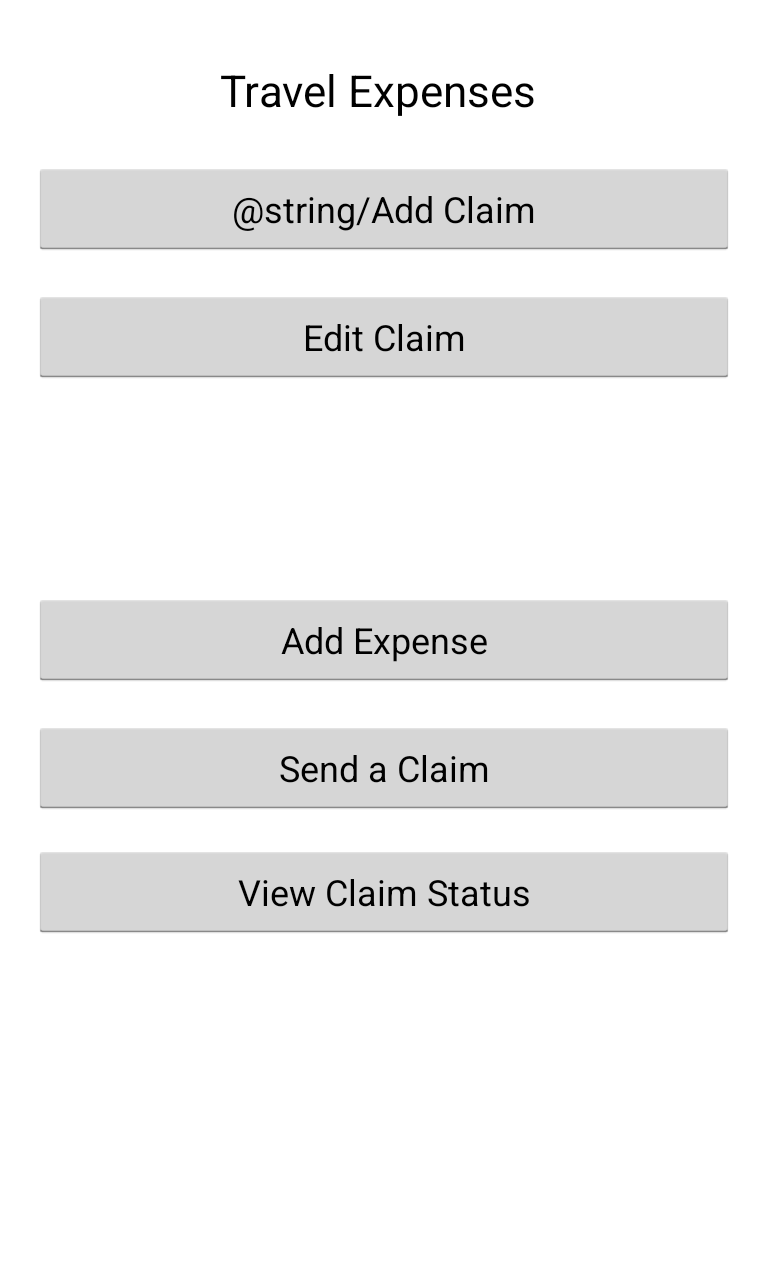
Repository: ReverseOni/Assignment1
Layout: MamesserAssign1/res/layout/activity_main.xml
These files come from the project's save history. The layout is drawn as it stood at one moment and after the next save; the edit follows.
It is drawn on a 768 x 1280 px phone screen (xhdpi) without system bars, with theme AppTheme; the app's code is not run. The app's manifest (not shown) leaves right-to-left support off. So textAlignment, textDirection and layoutDirection are ignored, and left and right values win over start and end ones.

Above is the layout before, as saved 2015-01-29 22:45:21.

### MamesserAssign1/res/layout/activity_main.xml
<RelativeLayout xmlns:android="http://schemas.android.com/apk/res/android"
    xmlns:tools="http://schemas.android.com/tools"
    android:layout_width="match_parent"
    android:layout_height="match_parent"
    android:paddingBottom="@dimen/activity_vertical_margin"
    android:paddingLeft="@dimen/activity_horizontal_margin"
    android:paddingRight="@dimen/activity_horizontal_margin"
    android:paddingTop="@dimen/activity_vertical_margin"
    tools:context="cs.ualberta.ca.mamesserassign1.MainActivity" >

    <TextView
        android:id="@+id/createClaimTitle"
        android:layout_width="wrap_content"
        android:layout_height="wrap_content"
        android:layout_alignParentTop="true"
        android:layout_centerHorizontal="true"
        android:layout_marginTop="14dp"
        android:text="@string/travel_expenses_"
        android:textAppearance="?android:attr/textAppearanceLarge" />

    <Button
        android:id="@+id/AddClaimButton"
        android:layout_width="match_parent"
        android:layout_height="wrap_content"
        android:layout_alignStart="@+id/EditClaimButton"
        android:layout_alignLeft="@+id/EditClaimButton"
        android:layout_alignEnd="@+id/EditClaimButton"
        android:layout_alignRight="@+id/EditClaimButton"
        android:layout_below="@+id/createClaimTitle"
        android:layout_marginTop="21dp"
        android:text="@string/Add Claim" />

    <Button
        android:id="@+id/AddExpenseMainButton"
        android:layout_width="wrap_content"
        android:layout_height="wrap_content"
        android:layout_alignLeft="@+id/EditClaimButton"
        android:layout_alignRight="@+id/EditClaimButton"
        android:layout_centerVertical="true"
        android:text="Add Expense" />

    <Button
        android:id="@+id/SendingClaimButton"
        android:layout_width="wrap_content"
        android:layout_height="wrap_content"
        android:layout_alignLeft="@+id/AddExpenseMainButton"
        android:layout_alignRight="@+id/AddExpenseMainButton"
        android:layout_below="@+id/AddExpenseMainButton"
        android:layout_marginTop="16dp"
        android:text="Send a Claim" />

    <Button
        android:id="@+id/ClaimStatusButton"
        android:layout_width="wrap_content"
        android:layout_height="wrap_content"
        android:layout_alignLeft="@+id/SendingClaimButton"
        android:layout_alignRight="@+id/SendingClaimButton"
        android:layout_below="@+id/SendingClaimButton"
        android:layout_marginTop="14dp"
        android:text="View Claim Status" />

    <Button
        android:id="@+id/EditClaimButton"
        android:layout_width="match_parent"
        android:layout_height="wrap_content"
        android:layout_below="@+id/AddClaimButton"
        android:layout_centerHorizontal="true"
        android:layout_marginTop="16dp"
        android:text="Edit Claim" />

</RelativeLayout>

### MamesserAssign1/res/values/strings.xml
<?xml version="1.0" encoding="utf-8"?>
<resources>

    <string name="app_name">MamesserAssign1</string>
    <string name="action_settings">Settings</string>
    <string name="travel_expenses_">"Travel Expenses "</string>
    <string name="title_activity_claims">Claims</string>
    <string name="hello_world">Hello world!</string>
    <string name="title_activity_new_claim">New Claim</string>

</resources>

Loaded but not shown: MamesserAssign1/res/values/styles.xml (common file); MamesserAssign1/res/values-v11/styles.xml (common file); MamesserAssign1/res/values-v14/styles.xml (common file); MamesserAssign1/res/values/dimens.xml (common file); MamesserAssign1/res/values-w820dp/dimens.xml (common file)

After the next save:
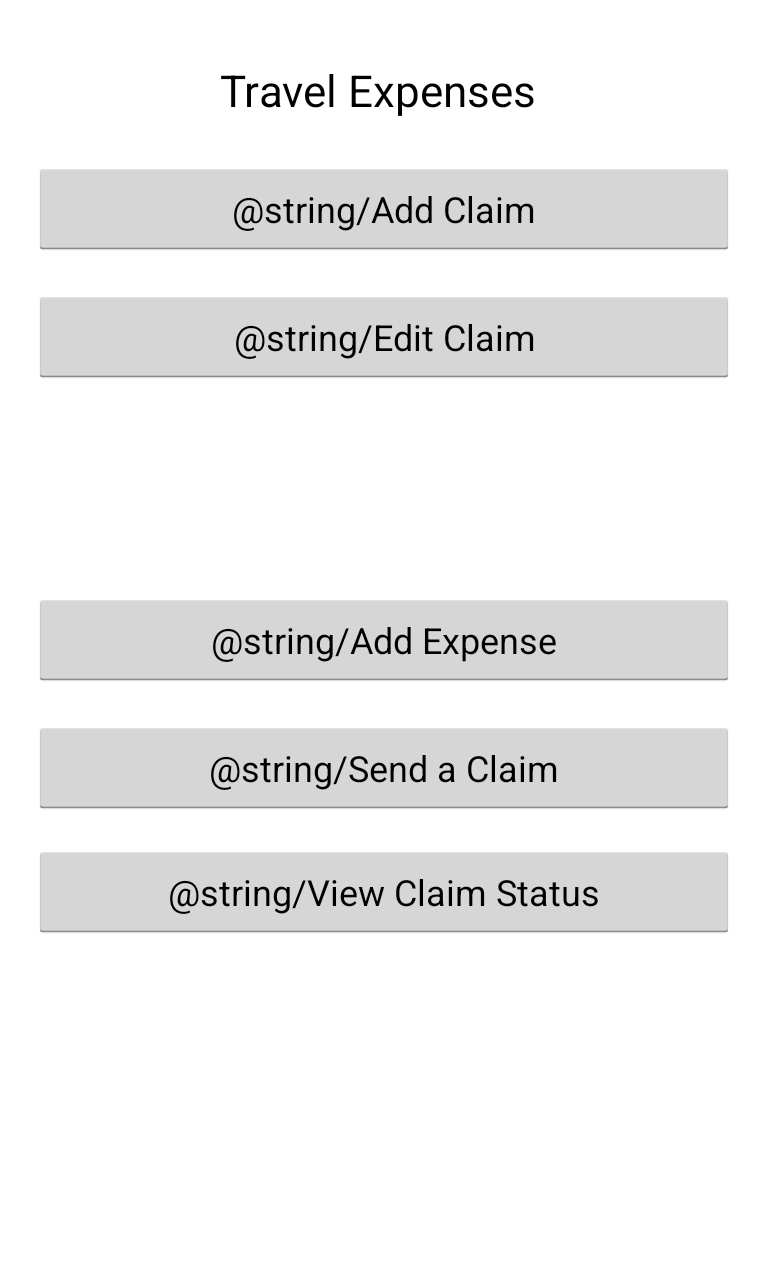
Saved 19 s later.
--- a/MamesserAssign1/res/layout/activity_main.xml
+++ b/MamesserAssign1/res/layout/activity_main.xml
@@ -37,7 +37,7 @@
         android:layout_alignLeft="@+id/EditClaimButton"
         android:layout_alignRight="@+id/EditClaimButton"
         android:layout_centerVertical="true"
-        android:text="Add Expense" />
+        android:text="@string/Add Expense" />
 
     <Button
         android:id="@+id/SendingClaimButton"
@@ -47,7 +47,7 @@
         android:layout_alignRight="@+id/AddExpenseMainButton"
         android:layout_below="@+id/AddExpenseMainButton"
         android:layout_marginTop="16dp"
-        android:text="Send a Claim" />
+        android:text="@string/Send a Claim" />
 
     <Button
         android:id="@+id/ClaimStatusButton"
@@ -57,7 +57,7 @@
         android:layout_alignRight="@+id/SendingClaimButton"
         android:layout_below="@+id/SendingClaimButton"
         android:layout_marginTop="14dp"
-        android:text="View Claim Status" />
+        android:text="@string/View Claim Status" />
 
     <Button
         android:id="@+id/EditClaimButton"
@@ -66,6 +66,6 @@
         android:layout_below="@+id/AddClaimButton"
         android:layout_centerHorizontal="true"
         android:layout_marginTop="16dp"
-        android:text="Edit Claim" />
+        android:text="@string/Edit Claim" />
 
 </RelativeLayout>
